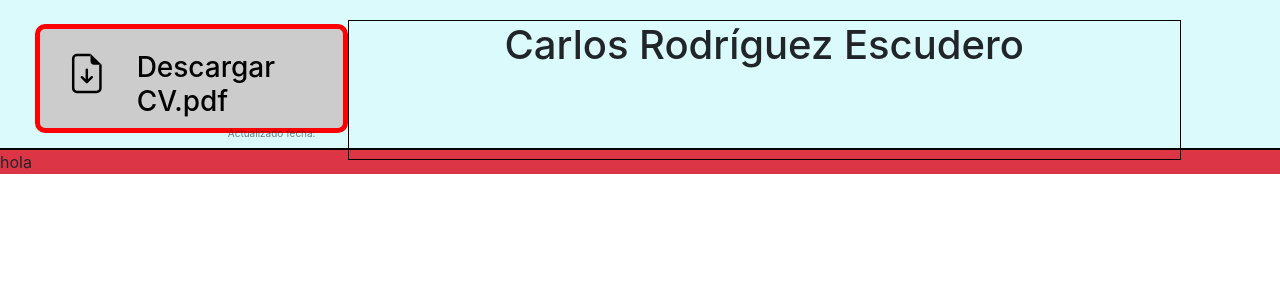
Repository: CarlosRoEs/CarlosWebCV
Page: index.html
These files come from the project's save history. The page is drawn as it stood at one moment and after the next save; the edit follows.
The browser window is 1280 px wide. The pictures show the whole page.
The style sheet was rebuilt from its Sass, Less or Tailwind sources for each picture, by a compiler version that may differ from the author's.

Above is the page before, as saved 2020-09-15 16:29:05.

### index.html
<!DOCTYPE html>
<html lang="es">

<head>
    <meta charset="UTF-8">
    <meta name="viewport" content="width=device-width, initial-scale=1.0">
    <title>Carlos Rodríguez</title>
    <link rel="stylesheet" href="bootstrap/css/bootstrap.min.css">
    <link rel="stylesheet" href="Sass/dist/header.css">
</head>

<body>

    <div class="container-fluid">
        <div id="row-header" class="row">
            <header id="header" class="col-12 d-flex flex-row flex-wrap">
                <button id="header-button" type="button"
                    class="btn btn-secondary col-3 d-flex flex-row flex flex-wrap mt-4" data-toggle="tooltip"
                    data-placement="top" title="Descargar PDF">
                    <svg width="45px" height="45px" viewBox="0 0 16 16" class="bi bi-file-earmark-arrow-down col-3 mt-3"
                        fill="dark" xmlns="http://www.w3.org/2000/svg">
                        <path
                            d="M4 0h5.5v1H4a1 1 0 0 0-1 1v12a1 1 0 0 0 1 1h8a1 1 0 0 0 1-1V4.5h1V14a2 2 0 0 1-2 2H4a2 2 0 0 1-2-2V2a2 2 0 0 1 2-2z" />
                        <path d="M9.5 3V0L14 4.5h-3A1.5 1.5 0 0 1 9.5 3z" />
                        <path fill-rule="evenodd"
                            d="M8 6a.5.5 0 0 1 .5.5v3.793l1.146-1.147a.5.5 0 0 1 .708.708l-2 2a.5.5 0 0 1-.708 0l-2-2a.5.5 0 1 1 .708-.708L7.5 10.293V6.5A.5.5 0 0 1 8 6z" />
                    </svg>
                    <h3 id="h3-header" class="col-9 mt-3 text-left">Descargar CV.pdf</h3>
                    <p class="col-12 text-right text-black-50">Actualizado fecha:</p>
                </button>
                <h1 class="col-8">Carlos Rodríguez Escudero</h1>
            </header>
        </div>

        <div class="row bg-danger">
            hola
        </div>

    </div>
    <!-- <script>
        $(function () {
            $('[data-toggle="tooltip"]').tooltip()
        })
    </script> -->

    <script type="text/javascript" src="jquery/jquery-3.5.1.min.js"></script>
    <script type="text/javascript" src="bootstrap/js/bootstrap.min.js"></script>
</body>

</html>

### Sass/header.scss
* {
    margin: 0px;
    padding: 0px;
}


#row-header {
    height: 150px;
    text-align: center;
    border-bottom: 2px solid black;
    background-color: rgba(175, 244, 247, 0.446);

    h3{
        color: black;
    }
    h1{
        margin-top: 20px;
        border: 1px solid black;
    }
}

#header-button {
    margin-left: 20px;
    height: 65%;
    background-color: #ccc;
    border: 5px solid red;
    border-radius: 10px;
    font-size: 10px;
}

Loaded but not shown: bootstrap/css/bootstrap.min.css (library); jquery/jquery-3.5.1.min.js (library); bootstrap/js/bootstrap.min.js (library)

After the next save:
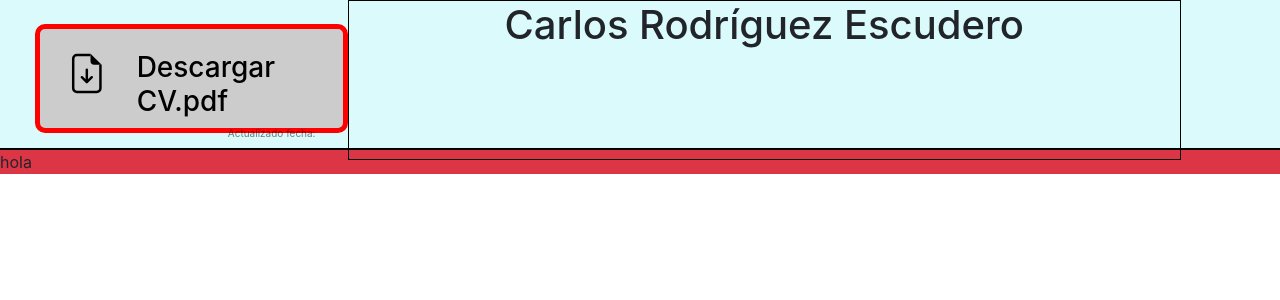
Saved 4 s later.
--- a/Sass/header.scss
+++ b/Sass/header.scss
@@ -14,7 +14,7 @@
         color: black;
     }
     h1{
-        margin-top: 20px;
+
         border: 1px solid black;
     }
 }
